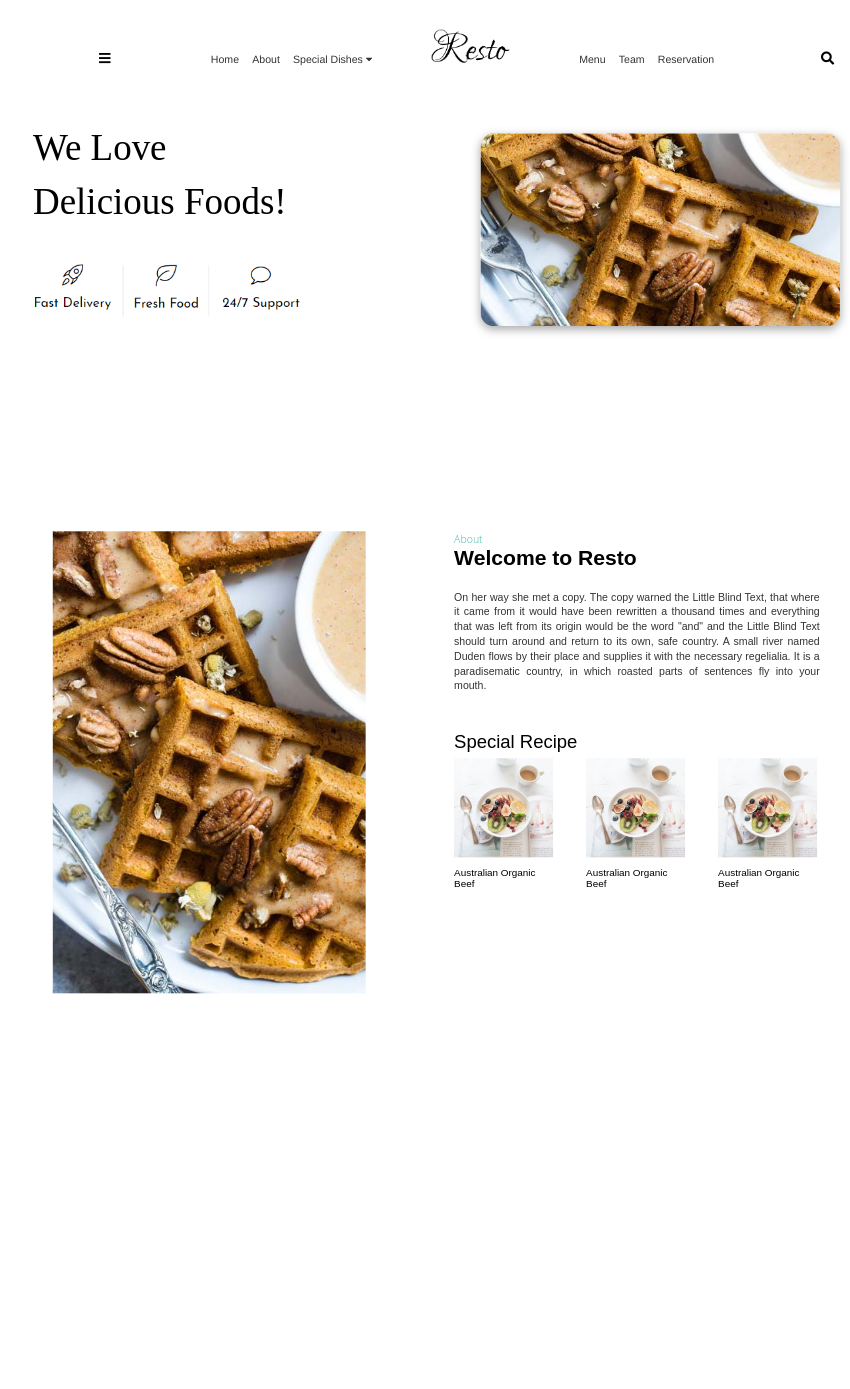
Repository: nguyenanhtuanHDU/myrestaurant
Page: index.html
An editor plug-in stored every save of this project. The page is shown before and after the next save, followed by the edit.
The browser window is 1280 px wide. The page is 1288 px wide, so the pictures cover 1288 px, including what lies to the right of the window. The pictures show the whole page, at 66% of full size.

Above is the page before, as saved 2022-02-01 02:13:03.

### index.html
<!DOCTYPE html>
<html lang="en">
<head>
    <meta charset="UTF-8">
    <meta http-equiv="X-UA-Compatible" content="IE=edge">
    <meta name="viewport" content="width=device-width, initial-scale=1.0">
    <link rel="stylesheet" href="./assets/style.css">
    <link rel="stylesheet" href="./assets/icon/fontawesome-free-5.15.4-web/css/all.css">
    <link rel="stylesheet" href="./assets/main.js">
    <link rel="stylesheet" href="./aos/aos.css">
    <title>Resto</title>

</head>
<body>
    <div id="main">
        <div id="header">

            <i class="fas fa-bars" ></i>

            <ul id="nav_1" >
                <li><a href="">Home</a></li>
                <li><a href="">About</a></li>
                <li>
                <a href="">
                    Special Dishes
                    <i class="fas fa-caret-down"></i>
                </a>
                <ul class="subnav_1">
                    <li><a href="">
                        <i class="fas fa-angle-right"></i>
                        Beef Steak Sauce
                    </a></li>
                    <li><a href="">
                        <i class="fas fa-angle-right"></i>
                        Salmon Zucchini
                    </a></li>
                </ul>
                </li>
            </ul>

            <img src="./assets/image/logo.png" alt="" class="img_header" >

            <div id="nav_2">
                <ul>
                    <li><a href="">Menu</a></li>
                    <li><a href="">Team</a></li>
                    <li><a href="">Reservation</a></li>
                </ul>
            </div>

            <i class="fas fa-search"></i>

        </div>

        <div id="introduce">

            <div class="content">
                <h1 class="content_heading1">We Love</h1>
                <h1 class="content_heading2">Delicious Foods!</h1>
                <div class="list_content">
                    <img src="/assets/image/Content/1.png" alt="" class="img_content">
                    <img src="/assets/image/Content/2.png" alt="" class="img_content">
                    <img src="/assets/image/Content/3.png" alt="" class="img_content">

                </div>

                <div class="slider_dish">
                    <img class="img_dish" src="./assets/image/hero-1.jpg" >
                    <img class="img_dish" src="./assets/image/hero-2.jpg" >
                    <img class="img_dish" src="./assets/image/hero-3.jpg" >
                </div>
            </div>



            <div class="about">
                <img src="./assets/image/hero-2.jpg" alt="" class="img_about">
                <div class="about_content">
                    <div class="about_heading">About</div>
                    <div class="about_title">Welcome to Resto </div>
                    <div class="content_para">On her way she met a copy. The copy warned the Little Blind Text, that where it came from it would have been rewritten a thousand times and everything that was left from its origin would be the word "and" and the Little Blind Text should turn around and return to its own, safe country. A small river named Duden flows by their place and supplies it with the necessary regelialia. It is a paradisematic country, in which roasted parts of sentences fly into your mouth.

                    </div>

                    <div class="about_dish">
                        <div class="dish_title">Special Recipe </div>
                        <div class="list_dish">
                            <div class="dish_items">
                                <img src="./assets/image/hero-1.jpg" alt="" class="dish_img">
                                <div class="dish_name">Australian Organic Beef</div>
                            </div>
                            <div class="dish_items">
                                <img src="./assets/image/hero-1.jpg" alt="" class="dish_img">
                                <div class="dish_name">Australian Organic Beef</div>
                            </div>
                            <div class="dish_items">
                                <img src="./assets/image/hero-1.jpg" alt="" class="dish_img">
                                <div class="dish_name">Australian Organic Beef</div>
                            </div>

                        </div>
                    </div>
                </div>
            </div>
        </div>

        <div id="special">

        </div>

        <div id="menu">

        </div>

        <div id="team">

        </div>

        <div id="book">

        </div>

        <div id="footer">

        </div>
    </div>


    <script src="./assets/main.js">

    </script>
    <script src="./aos/aos.js">
        AOS.init();

    </script>


</body>
</html>

### assets/style.css
*{
    margin: 0;
    padding: 0;
    box-sizing: border-box;
}

#header{

    margin-top: 45px;
    margin-left: 150px;
}
#header .fa-bars:hover{
    color: #45b8ac;
    cursor: pointer;
    transform: rotate(360deg);
    transition: .6s ease;
}
#header .fa-bars{
    display: inline-block;
    margin-right: 140px;
    font-size: 20px;
}
#header .fa-search{
    font-size: 20px;
    margin-left: 150px;
}
#header .fa-search:hover{
    color: #45b8ac;
    cursor: pointer;
    font-size: 30px;
    transition: 0.4s ease;
}
#nav_1{
    display: inline-block;

}
#nav_1 > li {
    display: inline-block;
    position: relative;
}
#nav > li:hover{
    display: block;
}

#nav_1 > li > a {
    position: relative;
    font-family: Helvetica, Arial, sans-serif;
    opacity: 0.8;
    display: block;
    color: black;
    text-decoration: none;
    padding: 6px 8px;
}
#nav_1 > li > a:before {
    content: '';
    position: absolute;
    bottom: 0;
    left: 0;
    background-color: #45b8ac;
    height: 3px;
    width: 0%;
    transition: 0.6s ease ;
}
#nav_1 > li > a:hover:before {
    width: 100%;
}
#nav_1 li:hover .subnav_1{
    display: block;
    animation: subnav-1 1s ease ;
}
@keyframes subnav-1{
    0%{
        opacity: 0;
        left: 100px;
    }
    50%{
        left: -20px;
    }
    100%{
        left: 0;
    }

}
.subnav_1{
    position: absolute;
    top: 30px;
    opacity: 1;
    width: 162px;
    display: none;
    z-index: 2;
    overflow: hidden;
    border-top-right-radius: 19px;
    border-bottom-right-radius: 19px;
    box-shadow: rgba(0, 0, 0, 0.35) 0px 5px 15px;
}
.subnav_1 li{
    display: block;
}
.subnav_1 li a:hover{
    background-color: #45b8ac;
    color: white;
}
.subnav_1 li a{
    position: relative;
    font-family: Helvetica, Arial, sans-serif;
    opacity: 0.8;
    color: black;
    text-decoration: none;
    padding: 6px 8px;
    display: block;
}
.subnav_1 li a:before{
    content: '';
    position: absolute;
    top: 0;
    left: 0;
    background-color: #45b8ac;
    height: 100%;
    width: 0%;
    z-index: -1;
}
.subnav_1 li a:hover:before{
    color: white;
}



.img_header{
    width: 117.25px;
    height: 50px;
    margin-left: 78px;
    margin-right: 94px;
}
#nav_2{
    display: inline-block;
}
#nav_2 li {
    display: inline-block;
}

#nav_2 li a {
    position: relative;
    text-decoration: none;
    color: black;
    font-family: Helvetica, Arial, sans-serif;
    opacity: 0.8;
    padding: 6px 8px;
}
#nav_2 li a:before {
    content: '';
    position: absolute;
    bottom: 0;
    left: 0;
    background-color: #45b8ac;
    height: 3px;
    width: 0%;
    transition: 0.6s ease;
}
#nav_2 li a:hover:before {
    width: 100%;
}
#introduce{
    position: relative;
    height: 2000px;
}
.content{
    position: absolute;
    top: 86px;
    left: 50px;
}
.content_heading1{
    font-size: 3.5rem;
    font-weight: 300;
    line-height: 1.2;
}
.content_heading2{
    font-size: 3.5rem;
    font-weight: 300;
    line-height: 1.2;
    padding-top: 14px;
    padding-bottom: 59px;
}
.slider_dish{

}
.img_dish{
    position: absolute;
    width: 545px;
    height: 292px;
    object-fit: cover;
    top: 11px;
    left: 167%;
    box-shadow: rgba(0, 0, 0, 0.35) 0px 5px 15px;
    border-radius: 20px;
}
.about{
    position: absolute;
    top: 700px;
}
.img_about{
    width: 474px;
    height: 700px;
    object-fit: cover;
    margin-left: 80px;
}
.about_content{
    position: absolute;
    top: 0;
    left: 43em;
    width: 100%;
}
.about_heading{
    color: #45b8ac;
    font-family: 'Open Sans',sans-serif;
    font-weight: 300;
}
.about_title{
    font-family: 'Josefin Sans',sans-serif;
    font-weight: 700;
    font-size: 32px;
    margin-bottom: 30px;
}
.content_para{
    font-family: 'Josefin Sans',sans-serif;
    text-align: justify;
    opacity: 0.8;
    line-height: 1.4;
    margin-bottom: 58px;
}
.about_dish{
    position: absolute;
}
.list_dish{
    display: flex;
}
.dish_items{
    margin-right: 50px;
}
.dish_title{
    font-family: 'Josefin Sans',sans-serif;
    font-weight: 400;
    font-size: 28px;
    margin-bottom: 8px;
}
.dish_img{
    width: 150px;
    height: 150px;
}
.dish_name{
    font-family: 'Josefin Sans',sans-serif;
    font-weight: 400;
    margin-top: 10px;
    font-size: 15px;
}

### assets/main.js

var myIndex = 0;
        carousel();

        function carousel() {
          var i;
          var x = document.getElementsByClassName("img_dish");
          for (i = 0; i < x.length; i++) {
            x[i].style.display = "none";
          }
          myIndex++;
          if (myIndex > x.length) {myIndex = 1}
          x[myIndex-1].style.display = "block";
          setTimeout(carousel, 3000);
        }

Loaded but not shown: assets/icon/fontawesome-free-5.15.4-web/css/all.css (library); aos/aos.css (library); aos/aos.js (library)

After the next save:
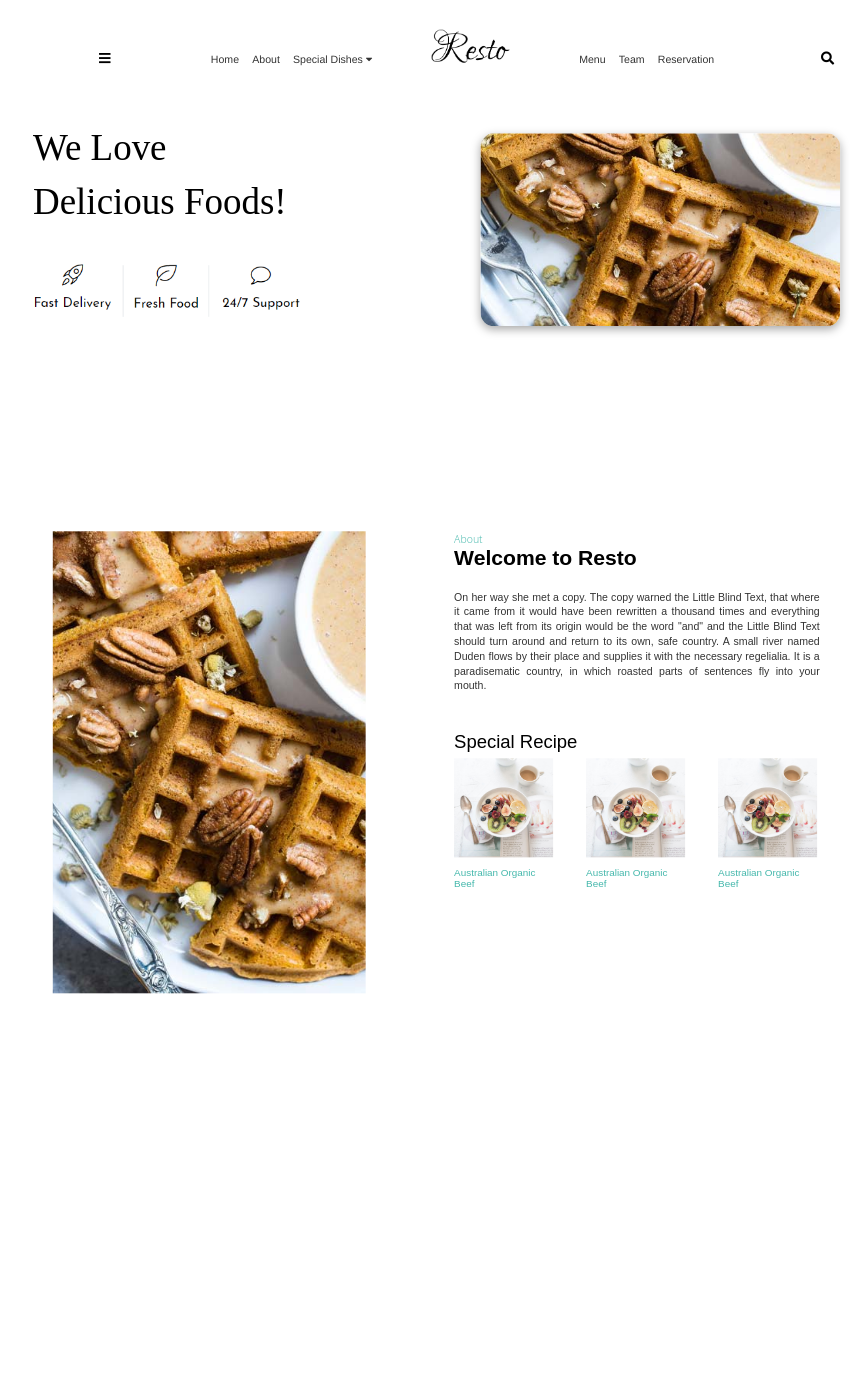
Saved 17 s later.
--- a/assets/style.css
+++ b/assets/style.css
@@ -251,4 +251,6 @@
     font-weight: 400;
     margin-top: 10px;
     font-size: 15px;
-}
+    color: #45b8ac;
+
+}
